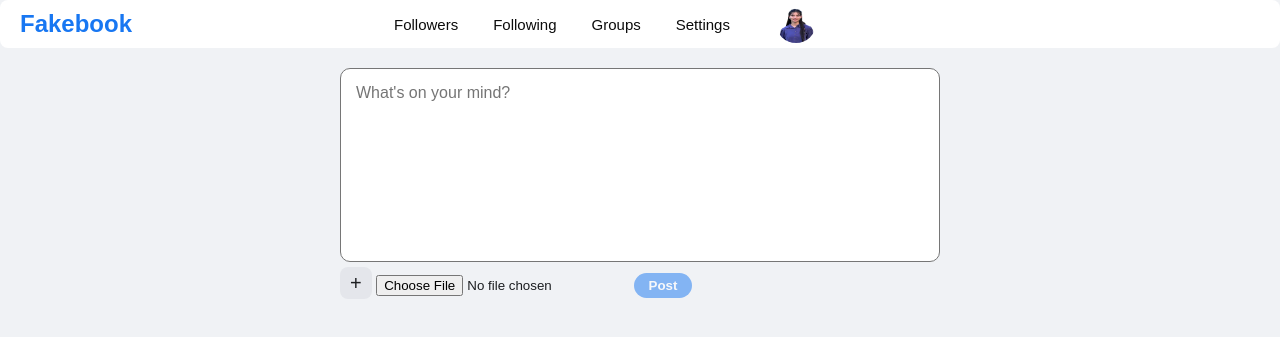
Repository: harpreetkaur2201/FAKEBOOK
Page: fakebook_profile/index.html
These files come from the project's save history. The page is drawn as it stood at one moment and after the next save; the edit follows.
The browser window is 1280 px wide. The pictures show the whole page.

Above is the page before, as saved 2025-11-14 20:00:42.

After the next save:
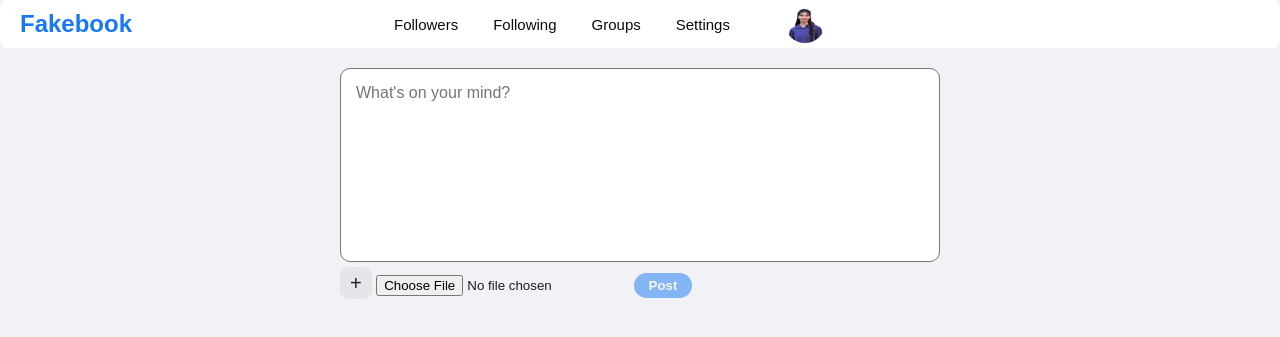
Saved 5 s later.
--- a/fakebook_profile/assets/styles/style.css
+++ b/fakebook_profile/assets/styles/style.css
@@ -59,7 +59,7 @@ header nav img.avatar {
   height: 40px;
   border-radius: 50%;
   position: relative;
-  left: 27%;
+  left: 50%;
 }
 
 .create-post {
